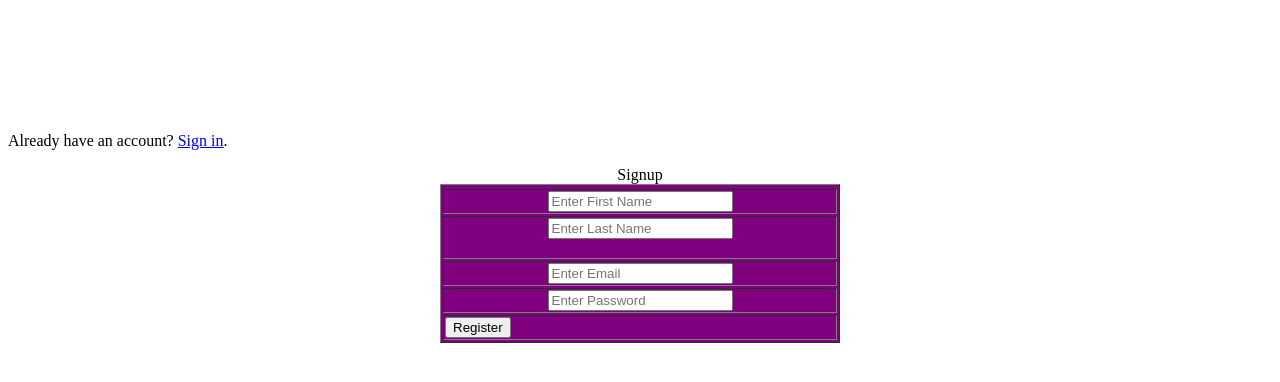
Repository: 1919satya/Mode2
Page: sample/sample/WebContent/sample.html
The author's editor kept a copy of each file at every save. The page is drawn from the files as they stood at one save, then again after the next save.
The browser window is 1280 px wide. The pictures show the whole page.

Above is the page before, as saved 2019-10-10 13:06:17.

### sample/sample/WebContent/sample.html
<!DOCTYPE html>
<html>
<head>
<meta charset="ISO-8859-1">
<title>Insert title here</title>
</head>
<body>

<form >
<div class="container">
<table border="1" align="center" width="400" bgcolor="purple" >

  <tr>
    <caption>Signup</caption>

   <th><input type="text" placeholder="Enter First Name" ></th><br/><br/>
   </tr>

   <tr>

    <th><input type="text" placeholder="Enter Last Name" ></td> <br/><br/>
    </tr>

    <tr>

   <th><input type="text" placeholder="Enter Email" ></th> <br/><br/>
   </tr>

<tr>

    <th><input type="password" placeholder="Enter Password" ></th> <br/><br/>
    </tr>


   <tr>
   <center>
    <td><button type="submit" class="registerbtn">Register</button>
    </center>
    </tr>

  </div>

  <div class="container signin">
    <p>Already have an account? <a href="#">Sign in</a>.</p>
  </div>
</form>
</table>
</body>
</html>

After the next save:
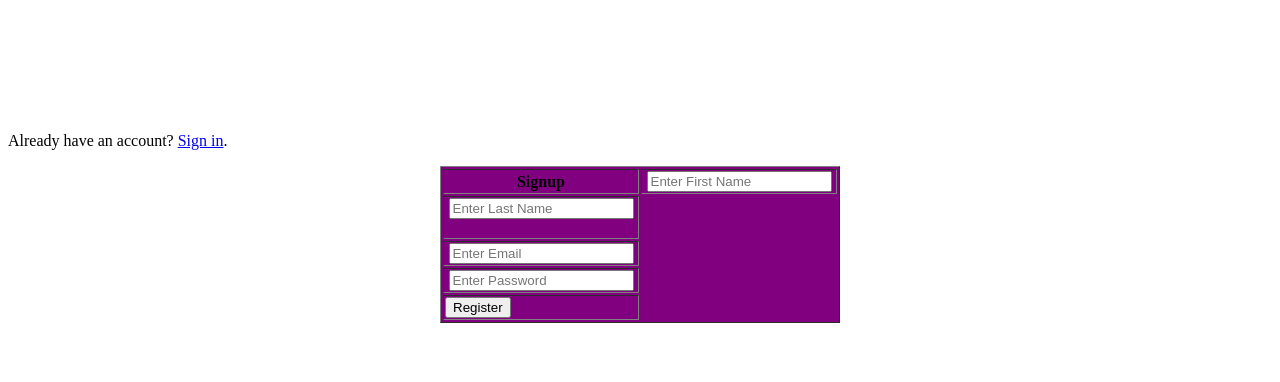
Saved 54 s later.
--- a/sample/sample/WebContent/sample.html
+++ b/sample/sample/WebContent/sample.html
@@ -11,13 +11,12 @@
 <table border="1" align="center" width="400" bgcolor="purple" >
 
   <tr>
-    <caption>Signup</caption>
+    <th>Signup</th>
 
    <th><input type="text" placeholder="Enter First Name" ></th><br/><br/>
    </tr>
 
    <tr>
-
     <th><input type="text" placeholder="Enter Last Name" ></td> <br/><br/>
     </tr>
 
